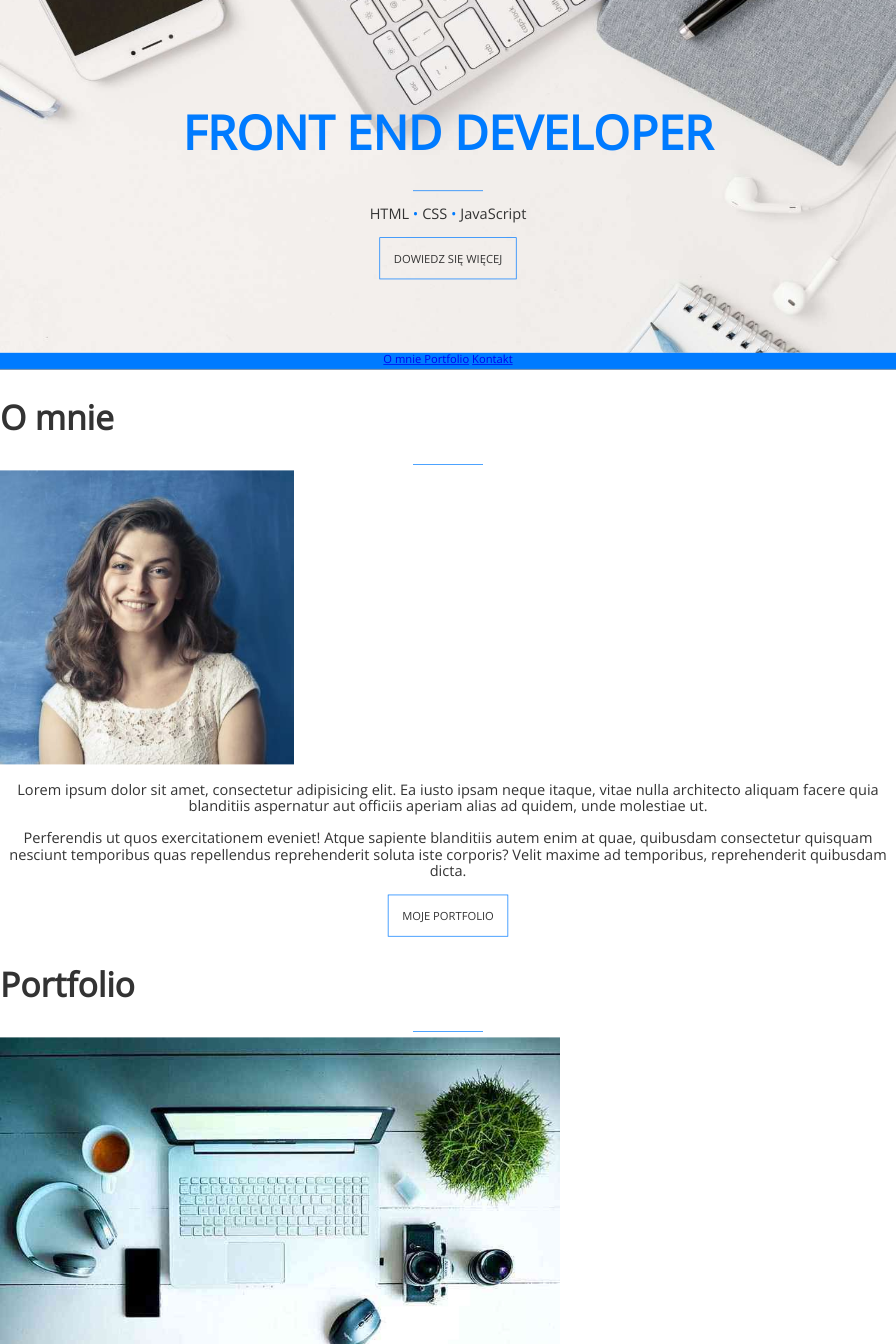
Repository: magdaf41/CSS
Page: zadanie_9/index.html
The author's editor kept a copy of each file at every save. The page is drawn from the files as they stood at one save, then again after the next save.
The browser window is 1280 px wide. The pictures show the part of the page from y = 0 to 1920 px (the page is 7860 px tall before and 7876 px after), at 70% of full size.

Above is the page before, as saved 2020-08-25 21:22:45.

After the next save:
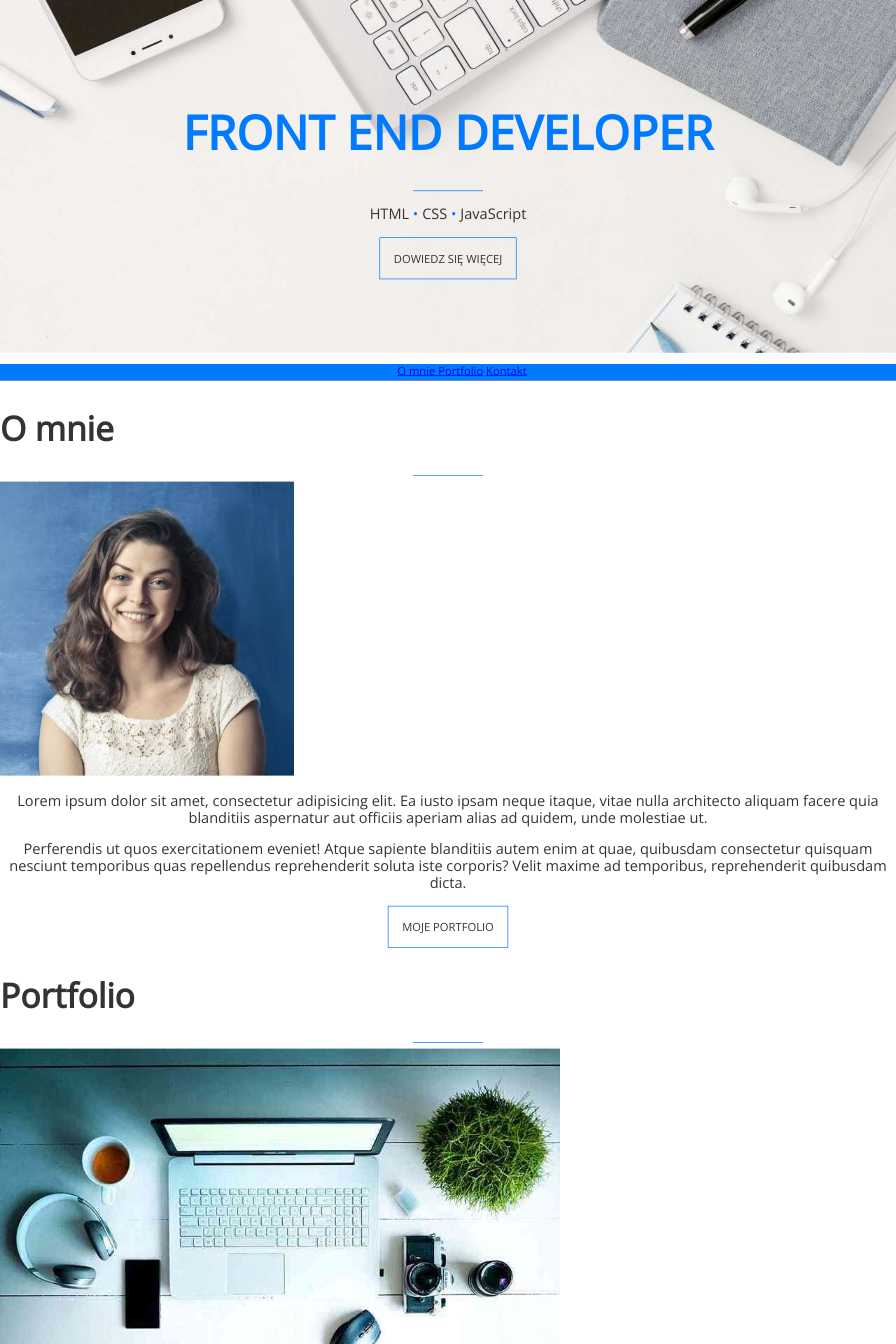
Saved 11 s later.
--- a/zadanie_9/css/style.css
+++ b/zadanie_9/css/style.css
@@ -59,7 +59,7 @@
 
 /* nav */
 
-ul, ul li {
+ul li {
 	display: block;
 	list-style: none;
 	margin: 0;

After the save that followed:
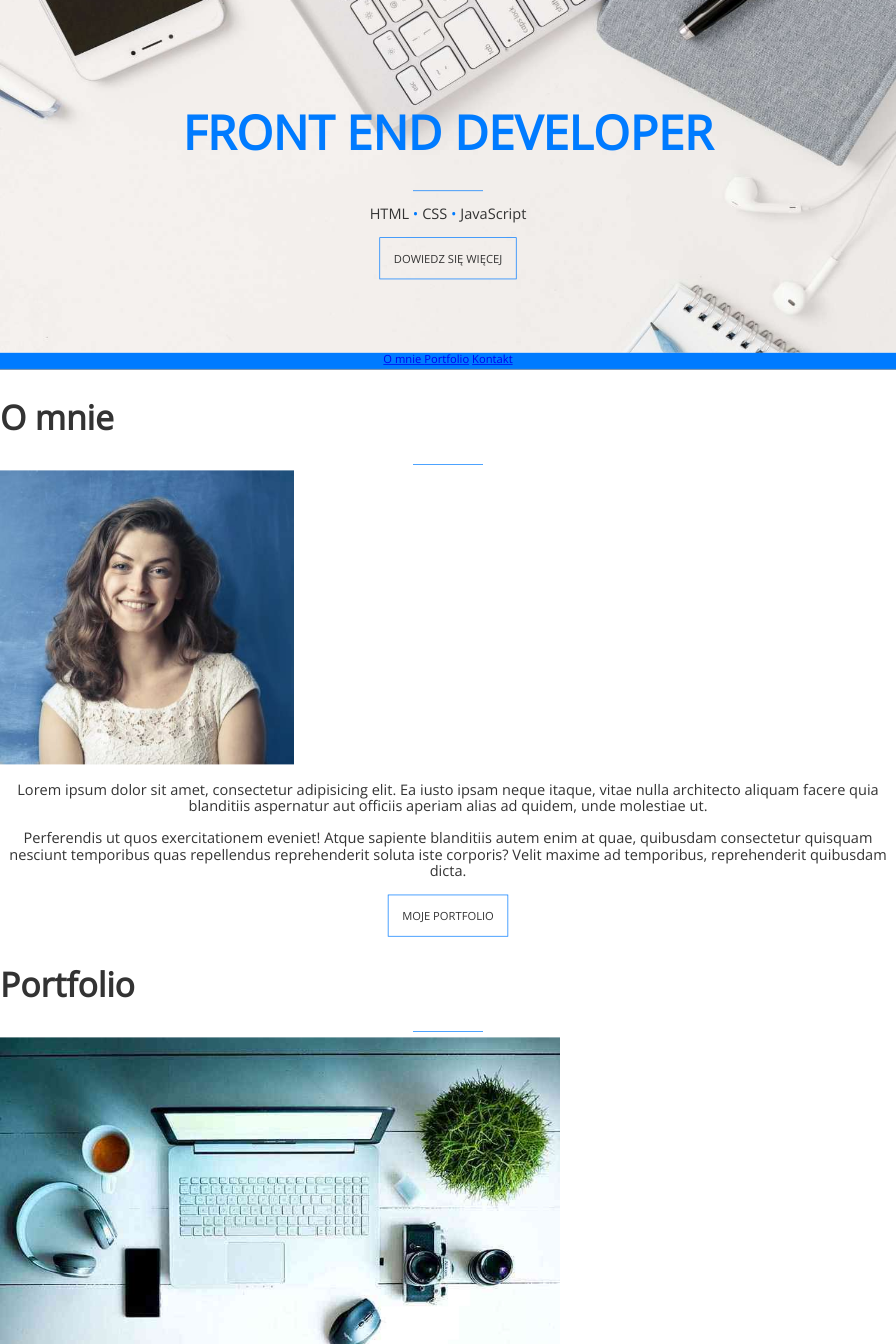
Saved 8 s later.
--- a/zadanie_9/css/style.css
+++ b/zadanie_9/css/style.css
@@ -59,7 +59,7 @@
 
 /* nav */
 
-ul li {
+ul, ul li {
 	display: block;
 	list-style: none;
 	margin: 0;
